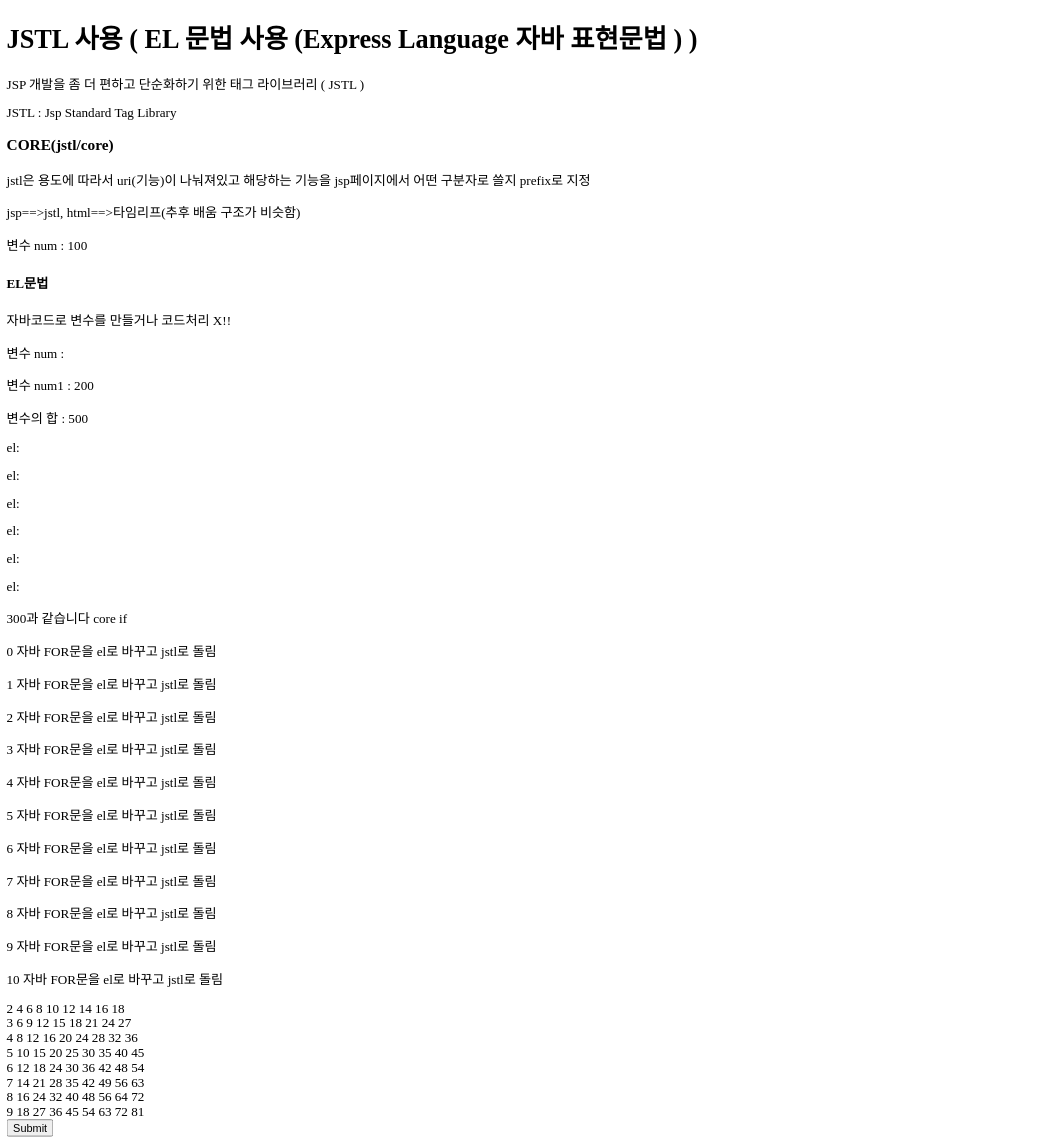
Repository: Kimgigon123123/JspServlet
Page: http://localhost/05.Mybatis/jstl/list.jsp
These files come from the project's save history. The page is drawn as it stood at one moment and after the next save; the edit follows.
The browser window is 1280 px wide. The pictures show the whole page, at 82% of full size.
The page is served by Tomcat 9. The template is opened directly, without the code that normally fills it, so the values that code supplies are empty.

Above is the page before, as saved 2023-05-23 02:15:50.

After the next save:
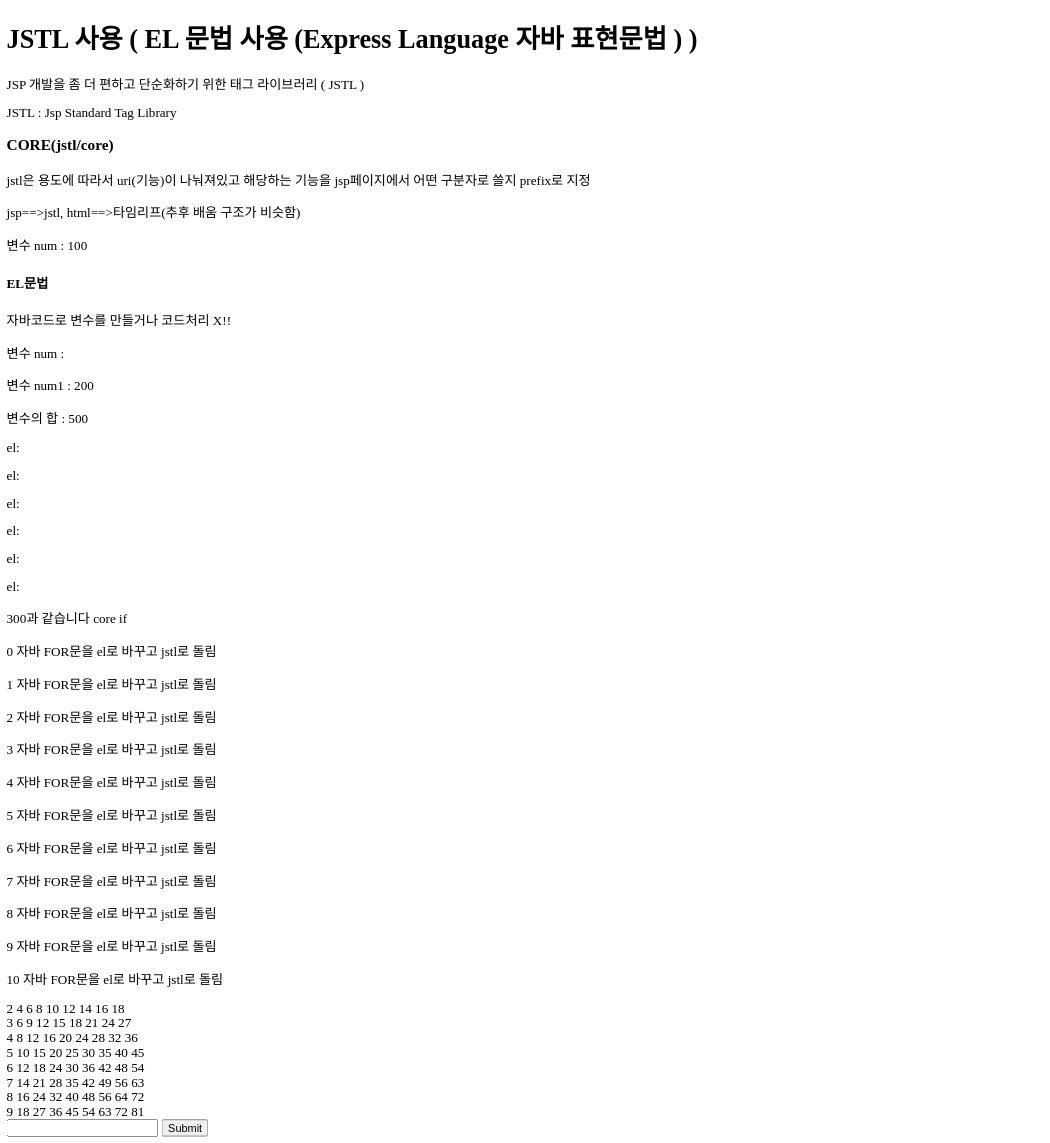
Saved 99 s later.
--- a/WorkSpace/05.Mybatis/src/main/webapp/jstl/list.jsp
+++ b/WorkSpace/05.Mybatis/src/main/webapp/jstl/list.jsp
@@ -55,7 +55,8 @@
 			url이 바뀜. => a 태그, form 태그
 		 -->
 
-		 <form action="JstlController.js">
+		 <form action="JstlController">
+		 <input type = "text" name =".js">
 		 <input type = "submit">
 		 </form>
 

After the save that followed:
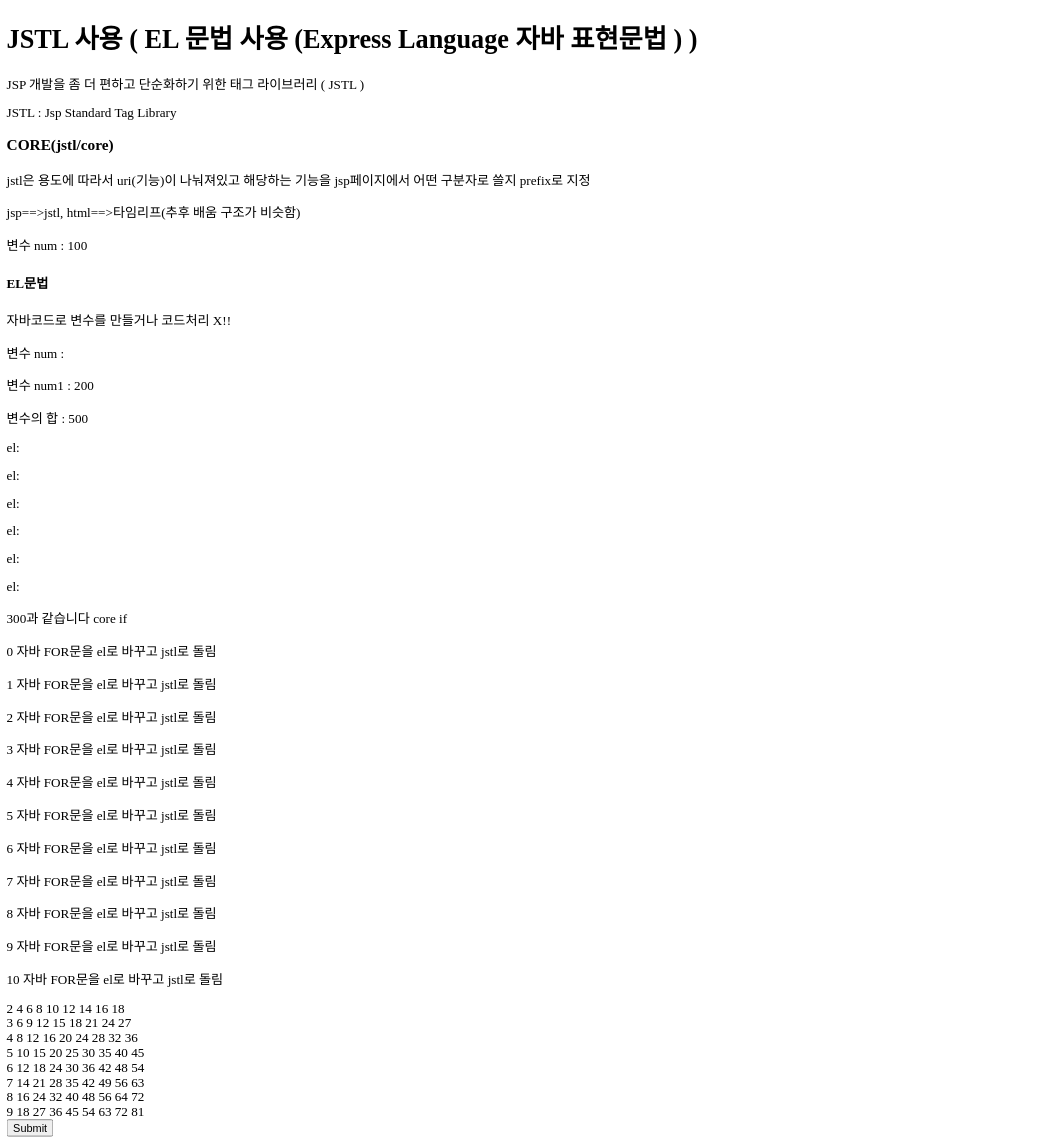
Saved 74 s later.
--- a/WorkSpace/05.Mybatis/src/main/webapp/jstl/list.jsp
+++ b/WorkSpace/05.Mybatis/src/main/webapp/jstl/list.jsp
@@ -55,8 +55,7 @@
 			url이 바뀜. => a 태그, form 태그
 		 -->
 
-		 <form action="JstlController">
-		 <input type = "text" name =".js">
+		 <form action="list.js">
 		 <input type = "submit">
 		 </form>
 
